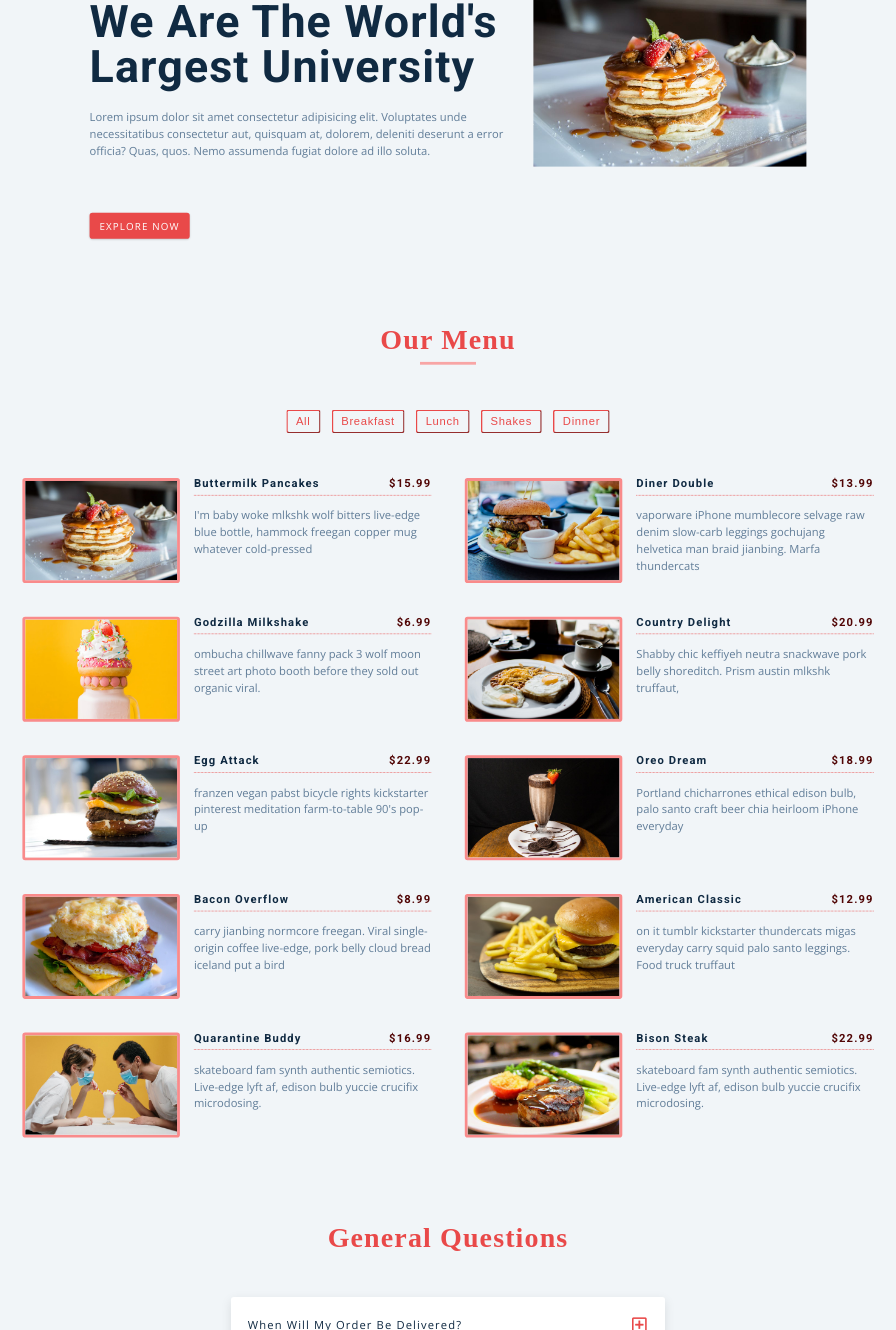
Repository: xoshiraghavx/Food-you
Page: index.html
An editor plug-in stored every save of this project. The page is shown before and after a run of saves, followed by the edit.
The browser window is 1280 px wide. The pictures show the part of the page from y = 720 to 2620 px (the page is 3146 px tall before and 3242 px after), at 70% of full size.
Some web libraries are served in a nearby version.

Above is the page before, as saved 2022-12-03 09:19:07.

### index.html
<!DOCTYPE html>
<html lang="en">
  <head>
    <meta charset="UTF-8" />
    <meta name="viewport" content="width=device-width, initial-scale=1.0" />
    <title>interior design</title>
    <!-- font-awesome -->
    <link
      rel="stylesheet"
      href="https://cdnjs.cloudflare.com/ajax/libs/font-awesome/5.14.0/css/all.min.css"
    />

    <!-- styles -->
    <link rel="stylesheet" href="styles.css" />
  </head>
  <body>
<nav>
  <div class="nav-center">
    <div class="nav-header">
      <div class="logo-div">
      <img src="./img/logo.png" alt="logo" class="logo">
      <div class="logo-name">
      <p><span id="color"><b>FOOD </b><br><i>& you</i></span></p>
    </div>
    </div>
      <button class="nav-toggle">
        <i class="fas fa-bars"></i>
      </button>
    </div>
    <!-- links -->
    <!-- <ul class="links">

      <li>
        <a href="index.html">home</a>
      </li>
      <li>
    </ul> -->
    <!-- social media -->
    <ul class="social-icons">
      <li>
        <a href="https://www.facebook.com">
          <i class="fab fa-facebook"></i>
        </a>
      </li>
      <li>
        <a href="https://www.twitter.com">
          <i class="fab fa-twitter"></i>
        </a>
      </li>
      <li>
        <a href="https://www.instagram.com">
          <i class="fab fa-instagram"></i>
        </a>
      </li>
      <li>
        <a href="https://www.linkedin.com">
          <i class="fab fa-linkedin"></i>
        </a>
      </li>
      <li>
        <a href="https://www.twitter.com">
          <i class="fab fa-sketch"></i>
        </a>
      </li>
    </ul>
  </div>
</nav>
<header class="hero">
  <div class="banner">
    <h2>Looking for some food!</h2>
    <button class="btn modal-btn">Order Now</button>
  </div>
</header>
<div class="modal-overlay">
  <div class="modal-container">
    <br>
    <h3>Title</h3>
    <p>Lorem ipsum dolor sit amet consectetur adipisicing elit. Illo deleniti eum mollitia distinctio! Nesciunt dolor minima animi esse officia! Recusandae? Lorem ipsum dolor sit amet consectetur, adipisicing elit. Aspernatur, hic.</p>
    <button class="close-btn">
      <i class="fas fa-times"> </i>
    </button>
  </div>
</div>
    <!-- -------about us content---------->
    <section class="about-us">
      <div class="row">
          <div class="about-col">
              <h1>We are the world's largest university</h1>
              <p>Lorem ipsum dolor sit amet consectetur adipisicing elit. Voluptates unde necessitatibus consectetur aut, quisquam at, dolorem, deleniti deserunt a error officia? Quas, quos. Nemo assumenda fugiat dolore ad illo soluta.</p>
              <a href="" class="btn modal-btn">EXPLORE NOW</a>
          </div>
          <div class="about-col">
              <img src="./img/item-1.jpeg" alt="">
          </div>
      </div>
  </section>
<section class="menu">
  <div class="title">
    <h2>Our Menu</h2>
    <div class="underline"></div>
  </div>
  <div class="btn-container">
    <!-- <button class="filter-btn" type="button" data-id="all">all</button>
    <button class="filter-btn" type="button"data-id="breakfast">breakfast</button>
    <button class="filter-btn" type="button" data-id="lunch">lunch</button>
    <button class="filter-btn" type="button" data-id="shakes">shakes</button> -->
  </div>
    <div class="section-center">
      <!-- <article class="menu-item">
        <img src="./menu-item.jpeg" class="photo" alt="menu item">
        <div class="item-info">
          <header>
            <h4>buttermilk pancakes</h4>
            <h4 class="price">Rs 600/-</h4>
          </header>
          <p class="item-text">Lorem ipsum, dolor sit amet consectetur adipisicing elit. Dolore totam aliquid ut eius architecto magni cumque explicabo voluptate, repudiandae harum.</p>
        </div>
      </article> -->
    </div>
</section>
<section class="questions">
  <div class="title">
    <h2>general questions</h2>
  </div>
  <div class="question-center">
    <article class="question">
      <div class="question-title">
      <p>When will my order be delivered?</p>
      <button type="button" class="question-btn">
        <span class="plus-icon">
      <i class="far fa-plus-square"></i>
        </span>

        <span class="minus-icon">
      <i class="far fa-minus-square"></i>
        </span>

      </button>
    </div>
    <div class="question-text">
      <p>Estimated delivery are given against each products. While sincere efforts are being made to deliver the products within the given time frame factors like, availability, festive seasons, courier delays are bound to happen. These factors are constantly monitored to keep any inordinate delays under control.</p>
    </div>
    </article>
    <article class="question">
      <div class="question-title">
      <p>Do you offer Cash on Delivery?</p>
      <button type="button" class="question-btn">
        <span class="plus-icon">
      <i class="far fa-plus-square"></i>
        </span>

        <span class="minus-icon">
      <i class="far fa-minus-square"></i>
        </span>

      </button>
    </div>
    <div class="question-text">
      <p>Yes. We offer Cash on Delivery which most of the other websites don't offer.</p>
    </div>
    </article>
    <article class="question">
      <div class="question-title">
      <p>do you use organic indegridents?</p>
      <button type="button" class="question-btn">
        <span class="plus-icon">
      <i class="far fa-plus-square"></i>
        </span>

        <span class="minus-icon">
      <i class="far fa-minus-square"></i>
        </span>

      </button>
    </div>
    <div class="question-text">
      <p>We deliver the products that are fresh and systems are kept in place to source the best products and safely consign them to you. We don't stock the products but place once we receive orders.</p>
    </div>
    </article>
  </div>
</section>
<!-- --------footer--------- -->
<section class="footer">
  <h4 id="color">Food & you</h4>
  <p>Fulfill your comfort food cravings here.</p>
  <ul class="icons">
    <li>
      <a href="https://www.facebook.com">
        <i class="fab fa-facebook"></i>
      </a>
    </li>
    <li>
      <a href="https://www.twitter.com">
        <i class="fab fa-twitter"></i>
      </a>
    </li>
    <li>
      <a href="https://www.instagram.com">
        <i class="fab fa-instagram"></i>
      </a>
    </li>
    <li>
      <a href="https://www.linkedin.com">
        <i class="fab fa-linkedin"></i>
      </a>
    </li>
  </ul>
  <p>Made by <b id="color">oshi Raghav</b></p>
</section>
<!-- javascript -->
    <script src="app.js"></script>
  </body>
</html>

### styles.css
/*
===============
Fonts
===============
*/
@import url('https://fonts.googleapis.com/css?family=Open+Sans|Roboto:400,700&display=swap');

/*
===============
Variables
===============
*/

:root {
  /* dark shades of primary color*/
  --clr-primary-1: hsl(0, 86%, 17%);
  --clr-primary-2: hsl(0, 77%, 27%);
  --clr-primary-3: hsl(0, 72%, 37%);
  --clr-primary-4: hsl(0, 63%, 48%);
  /* primary/main color */
  --clr-primary-5: hsl(0, 78%, 60%);
  /* lighter shades of primary color */
  --clr-primary-6: hsl(0, 90%, 70%);
  --clr-primary-7: hsl(0, 90%, 76%);
  --clr-primary-8: hsl(0, 86%, 81%);
  --clr-primary-9: hsl(0, 90%, 88%);
  --clr-primary-10: hsl(0, 100%, 96%);
  /* darkest grey - used for headings */
  --clr-grey-1: hsl(209, 61%, 16%);
  --clr-grey-2: hsl(211, 39%, 23%);
  --clr-grey-3: hsl(209, 34%, 30%);
  --clr-grey-4: hsl(209, 28%, 39%);
  /* grey used for paragraphs */
  --clr-grey-5: hsl(210, 22%, 49%);
  --clr-grey-6: hsl(209, 23%, 60%);
  --clr-grey-7: hsl(211, 27%, 70%);
  --clr-grey-8: hsl(210, 31%, 80%);
  --clr-grey-9: hsl(212, 33%, 89%);
  --clr-grey-10: hsl(210, 36%, 96%);
  --clr-white: #fff;
  --clr-red-dark: hsl(360, 67%, 44%);
  --clr-red-light: hsl(360, 71%, 66%);
  --clr-green-dark: hsl(125, 67%, 44%);
  --clr-green-light: hsl(125, 71%, 66%);
  --clr-black: #222;
  --ff-primary: 'Roboto', sans-serif;
  --ff-secondary: 'Open Sans', sans-serif;
  --transition: all 0.3s linear;
  --spacing: 0.1rem;
  --radius: 0.25rem;
  --light-shadow: 0 5px 15px rgba(0, 0, 0, 0.1);
  --dark-shadow: 0 5px 15px rgba(0, 0, 0, 0.2);
  --max-width: 1170px;
  --fixed-width: 620px;
}
/*
===============
Global Styles
===============
*/

*,
::after,
::before {
  margin: 0;
  padding: 0;
  box-sizing: border-box;
}
body {
  font-family: var(--ff-secondary);
  background: var(--clr-grey-10);
  color: var(--clr-grey-1);
  line-height: 1.5;
  font-size: 0.875rem;
}
ul {
  list-style-type: none;
}
a {
  text-decoration: none;
}
img:not(.logo) {
  width: 100%;
}
img {
  display: block;
}
h1,
h2,
h3,
h4 {
  letter-spacing: var(--spacing);
  text-transform: capitalize;
  line-height: 1.25;
  margin-bottom: 0.75rem;
  font-family: var(--ff-primary);
}
h1 {
  font-size: 3rem;
}
h2 {
  font-size: 2rem;
}
h3 {
  font-size: 1.25rem;
}
h4 {
  font-size: 0.875rem;
}
p {
  margin-bottom: 1.25rem;
  color: var(--clr-grey-5);
}
@media screen and (min-width: 800px) {
  h1 {
    font-size: 4rem;
  }
  h2 {
    font-size: 2.5rem;
  }
  h3 {
    font-size: 1.75rem;
  }
  h4 {
    font-size: 1rem;
  }
  body {
    font-size: 1rem;
  }
  h1,
  h2,
  h3,
  h4 {
    line-height: 1;
  }
}
/*  global classes */
.btn {
  text-transform: uppercase;
  background: transparent;
  color: var(--clr-black);
  padding: 0.375rem 0.75rem;
  letter-spacing: var(--spacing);
  display: inline-block;
  transition: var(--transition);
  font-size: 0.875rem;
  border: 2px solid var(--clr-black);
  cursor: pointer;
  box-shadow: 0 1px 3px rgba(0, 0, 0, 0.2);
  border-radius: var(--radius);
}
.btn:hover {
  color: var(--clr-white);
  background: var(--clr-black);
}
/* section */
.section {
  padding: 5rem 0;
}


@media screen and (min-width: 992px) {
  .section-center .question-center {
    width: 95vw;
  }
}
main {
  min-height: 100vh;
  display: grid;
  place-items: center;
}

/*
===============
Navbar
===============
*/
nav {
  background: var(--clr-white);
  box-shadow: var(--light-shadow);
  position: fixed;
  width: 100%;
}
.nav-header {
  display: flex;
  align-items: center;
  justify-content: space-between;
  padding: 1rem;
}
.nav-toggle {
  font-size: 1.5rem;
  color: var(--clr-primary-5);
  background: transparent;
  border-color: transparent;
  transition: var(--transition);
  cursor: pointer;
}
.nav-toggle:hover {
  color: var(--clr-primary-1);
  transform: rotate(90deg);
}
.logo-div{
  display: flex;
}
.logo {
  height: 90px;
  width: 90px;
}
.logo-name{
  margin-top: 20px;
}
#color{
  color: var(--clr-red-dark);

}
/* .links a {
  color: var(--clr-grey-3);
  font-size: 1rem;
  text-transform: capitalize;
  letter-spacing: var(--spacing);
  display: block;
  padding: 0.5rem 1rem;
  transition: var(--transition);
}
.links a:hover {
  background: var(--clr-primary-8);
  color: var(--clr-primary-5);
  padding-left: 1.5rem;
} */
.social-icons {
  display: none;
}
/* .links {
  height: 0;
  overflow: hidden;
  transition: var(--transition);
} */
.show-links {
  height: 10rem;
}
@media screen and (min-width: 800px) {
  .nav-center {
    max-width: 1170px;
    margin: 0 auto;
    display: flex;
    align-items: center;
    justify-content: space-between;
    padding: 1rem;
  }
  .nav-header {
    padding: 0;
  }
  .nav-toggle {
    display: none;
  }
  /* .links {
    height: auto;
    display: flex;
  }
  .links a {
    padding: 0;
    margin: 0 0.5rem;
  }
  .links a:hover {
    padding: 0;
    background: transparent;
  } */

  .social-icons {
    display: flex;
  }
  .social-icons a {
    margin: 0 0.5rem;
    color: var(--clr-primary-4);
    transition: var(--transition);
  }
  .social-icons a:hover {
    color: var(--clr-primary-7);
  }
}
/* modal css  */
.hero {
  height: 100vh;
  background: linear-gradient(rgba(4, 9, 30, 0.421),rgba(4, 9, 30, 0.421)),url("https://discovertemplate.com/wp-content/uploads/2020/11/DT_G62_Food-drink-Animated-GIF-Icon-Pack.gif") center/cover no-repeat;
  display: grid;
  place-items: center;
}
.banner {
  background: var(--clr-white);
  padding: 4rem 0;
  border-radius: var(--radius);
  box-shadow: var(--light-shadow);
  text-align: center;
  width: 90vw;
  max-width: var(--fixed-width);
}
.modal-btn {
  margin-top: 2rem;
  background: var(--clr-primary-5);
  border-color: var(--clr-primary-5);
  color: var(--clr-white);
}
.modal-btn:hover {
  background: transparent;
  color: var(--clr-primary-5);
}
.modal-overlay {
  position: fixed;
  top: 0;
  left: 0;
  width: 100%;
  height: 100%;
  background: hsla(209, 61%, 16%, 0.77);
  display: grid;
  place-items: center;
  transition: var(--transition);
  visibility: hidden;
  z-index: -10;
}
/* OPEN/CLOSE MODAL */
.open-modal {
  visibility: visible;
  z-index: 10;
}
.modal-container {
  background: var(--clr-white);
  border-radius: var(--radius);
  width: 90vw;
  height: 30vh;
  max-width: var(--fixed-width);
  text-align: center;
  display: grid;
  place-items: center;
  position: relative;
}
.close-btn {
  position: absolute;
  top: 1rem;
  right: 1rem;
  font-size: 2rem;
  background: transparent;
  border-color: transparent;
  color: var(--clr-red-dark);
  cursor: pointer;
  transition: var(--transition);
}
.close-btn:hover {
  color: var(--clr-red-light);
  transform: scale(1.3);
}
/* menu css */

.menu {
  padding: 1rem 0;
}
.title {
  text-align: center;
  margin-bottom: 2rem;
}
.underline {
  width: 5rem;
  height: 0.25rem;
  background: var(--clr-primary-8);
  margin-left: auto;
  margin-right: auto;
}
.btn-container {
  margin-bottom: 4rem;
  display: flex;
  justify-content: center;
}
.filter-btn {
  background: transparent;
  border-color: var(--clr-primary-5);
  font-size: 1rem;
  text-transform: capitalize;
  margin: 0 0.5rem;
  letter-spacing: 1px;
  border-radius: var(--radius);
  padding: 0.375rem 0.75rem;
  color: var(--clr-primary-5);
  cursor: pointer;
  transition: var(--transition);
}
.filter-btn:hover {
  background: var(--clr-primary-5);
  color: var(--clr-white);
}
.section-center .question-center{
  width: 90vw;
  max-width: 1170px;
}
.section-center{
  display: grid;
  margin: 0 auto;
  gap: 3rem 3rem;
  justify-items: center;
}
.menu-item {
  display: grid;
  gap: 1rem 2rem;
  max-width: 25rem;
}
.photo {
  object-fit: cover;
  height: 200px;
  border: 0.25rem solid var(--clr-primary-7);
  border-radius: var(--radius);
}
.item-info header {
  display: flex;
  justify-content: space-between;
  border-bottom: 0.5px dotted var(--clr-primary-5);
}
.item-info h4 {
  margin-bottom: 0.5rem;
}
.price {
  color: var(--clr-primary-1);
}
.item-text {
  margin-bottom: 0;
  padding-top: 1rem;
}

@media screen and (min-width: 768px) {
  .menu-item {
    grid-template-columns: 225px 1fr;
    gap: 0 1.25rem;
    max-width: 40rem;
  }
  .photo {
    height: 175px;
  }
}
@media screen and (min-width: 1200px) {
  .section-center {
    width: 95vw;
    grid-template-columns: 1fr 1fr;
  }
  .photo {
    height: 150px;
  }
}

/*
===============
Questions
===============
*/
.title {
  margin-top: 15vh;
  margin-bottom: 4rem;
}
.title h2 {
  color: var(--clr-primary-5);
  font-family: "Great Vibes", cursive;
  text-align: center;
}
.question-center {
  max-width: var(--fixed-width);
  margin: 0 auto;
}
.question {
  background: var(--clr-white);
  border-radius: var(--radius);
  box-shadow: var(--light-shadow);
  padding: 1.5rem 1.5rem 0 1.5rem;
  margin-bottom: 2rem;
}
.question-title {
  display: flex;
  justify-content: space-between;
  align-items: center;
  text-transform: capitalize;
  padding-bottom: 1rem;
}
.question-title p {
  margin-bottom: 0;
  letter-spacing: var(--spacing);
  color: var(--clr-grey-1);
}
.question-btn {
  font-size: 1.5rem;
  background: transparent;
  border-color: transparent;
  cursor: pointer;
  color: var(--clr-primary-5);
  transition: var(--transition);
}
.question-btn:hover {
  transform: rotate(90deg);
}
.question-text {
  padding: 1rem 0 1.5rem 0;
  border-top: 1px solid rgba(0, 0, 0, 0.2);
}
.question-text p {
  margin-bottom: 0;
}
/* hide text */
.question-text {
  display: none;
}
.show-text .question-text {
  display: block;
}
.minus-icon {
  display: none;
}
.show-text .minus-icon {
  display: inline;
}
.show-text .plus-icon {
  display: none;
}
/* ---------footer----------- */
.footer{
  width: 100%;
  text-align: center;
  padding: 30px 0;
  background: var(--clr-primary-10);
}
.footer h4{
  margin-bottom: 25px;
  margin-top: 20px;
  font-weight: 600;
}
.icons{
  display: flex;
  flex-direction: row;
  justify-content: center;
  align-items: center;
}
.icons .fab{
  color: var(--clr-primary-5);
  margin: 0 13px;
  cursor: pointer;
  padding: 18px 0;
}
/* -------about us page------- */
.about-us{
  width: 80%;
  margin: auto;
  padding-top: rem;6
}
.about-col img{
  width: 100%;
}
.about-col p{
  padding: 15px 0 25px;
}
/* .red-btn{
  border: 1px solid #f44336;
  background: transparent;
  color: #f44336;
}
.red-btn:hover{
  color: #fff;
} */
.row{
  display: flex;
  flex-direction: row;
}

### app.js
// // classList - shows/gets all classes
// // contains - checks classList for specific class
// // add - add class
// // remove - remove class
// // toggle - toggles class

const navToggle = document.querySelector(".nav-toggle");
const links = document.querySelector(".links");

navToggle.addEventListener('click', () =>{
    links.classList.toggle("show-links")
})


// // modal js

const modalBtn = document.querySelector(".modal-btn");
const modal      = document.querySelector(".modal-overlay");
const closeBtn = document.querySelector(".close-btn");

modalBtn.addEventListener('click',() =>{
    modal.classList.add('open-modal');
})
closeBtn.addEventListener('click',() =>{
    modal.classList.remove('open-modal');
})
//menu
const menu = [
    {
      id: 1,
      title: "buttermilk pancakes",
      category: "breakfast",
      price: 15.99,
      img: "./img/item-1.jpeg",
      desc: `I'm baby woke mlkshk wolf bitters live-edge blue bottle, hammock freegan copper mug whatever cold-pressed `,
    },
    {
      id: 2,
      title: "diner double",
      category: "lunch",
      price: 13.99,
      img: "./img/item-2.jpeg",
      desc: `vaporware iPhone mumblecore selvage raw denim slow-carb leggings gochujang helvetica man braid jianbing. Marfa thundercats `,
    },
    {
      id: 3,
      title: "godzilla milkshake",
      category: "shakes",
      price: 6.99,
      img: "./img/item-3.jpeg",
      desc: `ombucha chillwave fanny pack 3 wolf moon street art photo booth before they sold out organic viral.`,
    },
    {
      id: 4,
      title: "country delight",
      category: "breakfast",
      price: 20.99,
      img: "./img/item-4.jpeg",
      desc: `Shabby chic keffiyeh neutra snackwave pork belly shoreditch. Prism austin mlkshk truffaut, `,
    },
    {
      id: 5,
      title: "egg attack",
      category: "lunch",
      price: 22.99,
      img: "./img/item-5.jpeg",
      desc: `franzen vegan pabst bicycle rights kickstarter pinterest meditation farm-to-table 90's pop-up `,
    },
    {
      id: 6,
      title: "oreo dream",
      category: "shakes",
      price: 18.99,
      img: "./img/item-6.jpeg",
      desc: `Portland chicharrones ethical edison bulb, palo santo craft beer chia heirloom iPhone everyday`,
    },
    {
      id: 7,
      title: "bacon overflow",
      category: "breakfast",
      price: 8.99,
      img: "./img/item-7.jpeg",
      desc: `carry jianbing normcore freegan. Viral single-origin coffee live-edge, pork belly cloud bread iceland put a bird `,
    },
    {
      id: 8,
      title: "american classic",
      category: "lunch",
      price: 12.99,
      img: "./img/item-8.jpeg",
      desc: `on it tumblr kickstarter thundercats migas everyday carry squid palo santo leggings. Food truck truffaut  `,
    },
    {
      id: 9,
      title: "quarantine buddy",
      category: "shakes",
      price: 16.99,
      img: "./img/item-9.jpeg",
      desc: `skateboard fam synth authentic semiotics. Live-edge lyft af, edison bulb yuccie crucifix microdosing.`,
    },
    {
      id: 10,
      title: "bison steak",
      category: "dinner",
      price: 22.99,
      img: "./img/item-10.jpeg",
      desc: `skateboard fam synth authentic semiotics. Live-edge lyft af, edison bulb yuccie crucifix microdosing.`,
    },
  ];
  // get parent element
  const sectionCenter = document.querySelector(".section-center");
  const btnContainer = document.querySelector(".btn-container");
  // display all items when page loads
  window.addEventListener("DOMContentLoaded", function () {
    diplayMenuItems(menu);
    displayMenuButtons();
  });

  function diplayMenuItems(menuItems) {
    let displayMenu = menuItems.map(function (item) {
      // console.log(item);

      return `<article class="menu-item">
            <img src=${item.img} alt=${item.title} class="photo" />
            <div class="item-info">
              <header>
                <h4>${item.title}</h4>
                <h4 class="price">$${item.price}</h4>
              </header>
              <p class="item-text">
                ${item.desc}
              </p>
            </div>
          </article>`;
    });
    displayMenu = displayMenu.join("");
    // console.log(displayMenu);

    sectionCenter.innerHTML = displayMenu;
  }
  function displayMenuButtons() {
    const categories = menu.reduce(
      function (values, item) {
        if (!values.includes(item.category)) {
          values.push(item.category);
        }
        return values;
      },
      ["all"]
    );
    const categoryBtns = categories
      .map(function (category) {
        return `<button type="button" class="filter-btn" data-id=${category}>
            ${category}
          </button>`;
      })
      .join("");

    btnContainer.innerHTML = categoryBtns;
    const filterBtns = btnContainer.querySelectorAll(".filter-btn");
    // console.log(filterBtns);

    filterBtns.forEach(function (btn) {
      btn.addEventListener("click", function (e) {
        // console.log(e.currentTarget.dataset);
        const category = e.currentTarget.dataset.id;
        const menuCategory = menu.filter(function (menuItem) {
          // console.log(menuItem.category);
          if (menuItem.category === category) {
            return menuItem;
          }
        });
        if (category === "all") {
          diplayMenuItems(menu);
        } else {
          diplayMenuItems(menuCategory);
        }
      });
    });
  }




// //questions css

const btns = document.querySelectorAll(".question-btn");

btns.forEach(function (btn) {
    btn.addEventListener('click', function (e) {
        const question =( e.currentTarget.parentElement.parentElement);
        question.classList.toggle("show-text");
    });
});

After the next 2 saves:
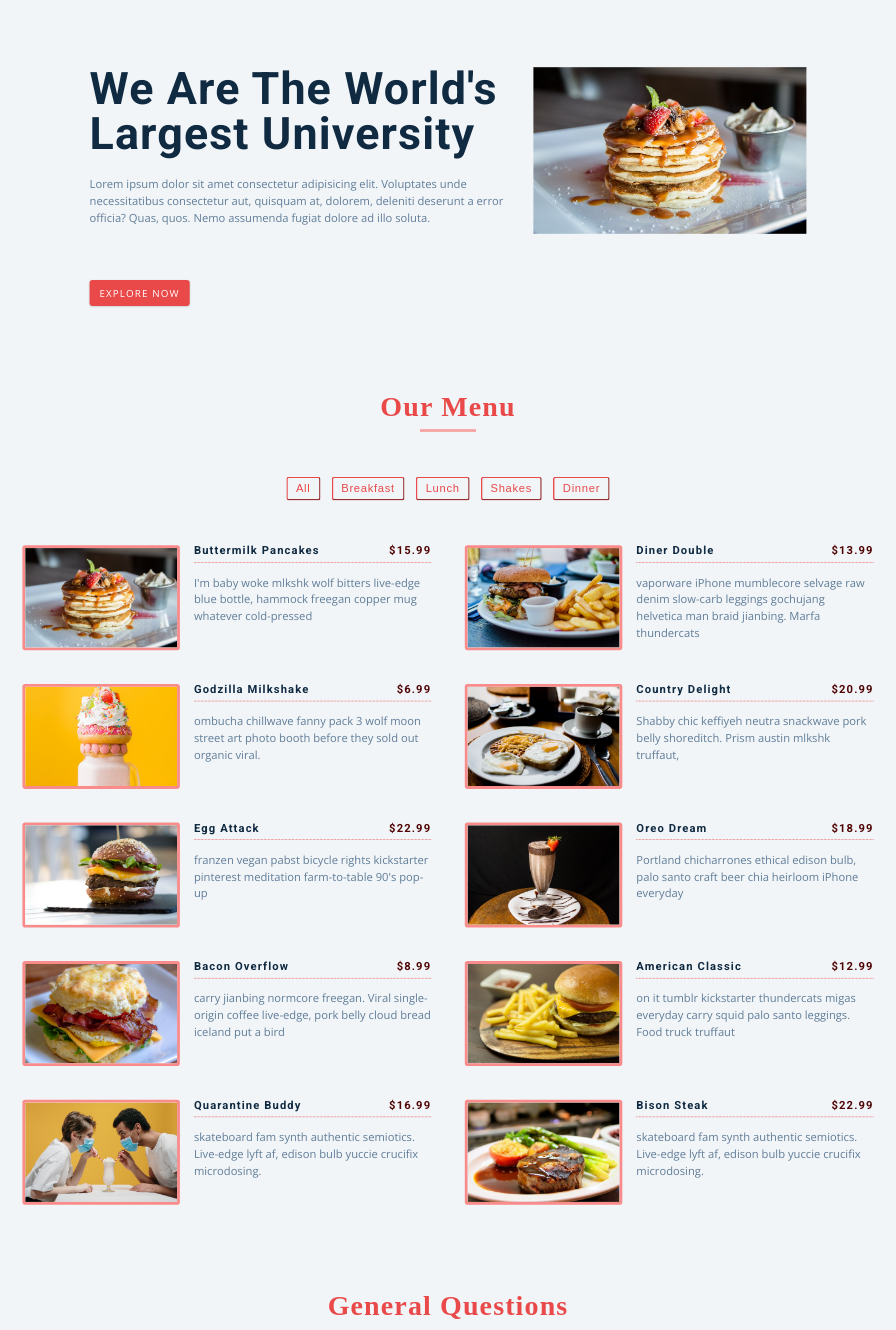
The 2 saves are shown as one change because they came seconds apart.
The last was saved 6 s later.
--- a/styles.css
+++ b/styles.css
@@ -542,7 +542,7 @@ Questions
 .about-us{
   width: 80%;
   margin: auto;
-  padding-top: rem;6
+  padding-top: 6rem;
 }
 .about-col img{
   width: 100%;
